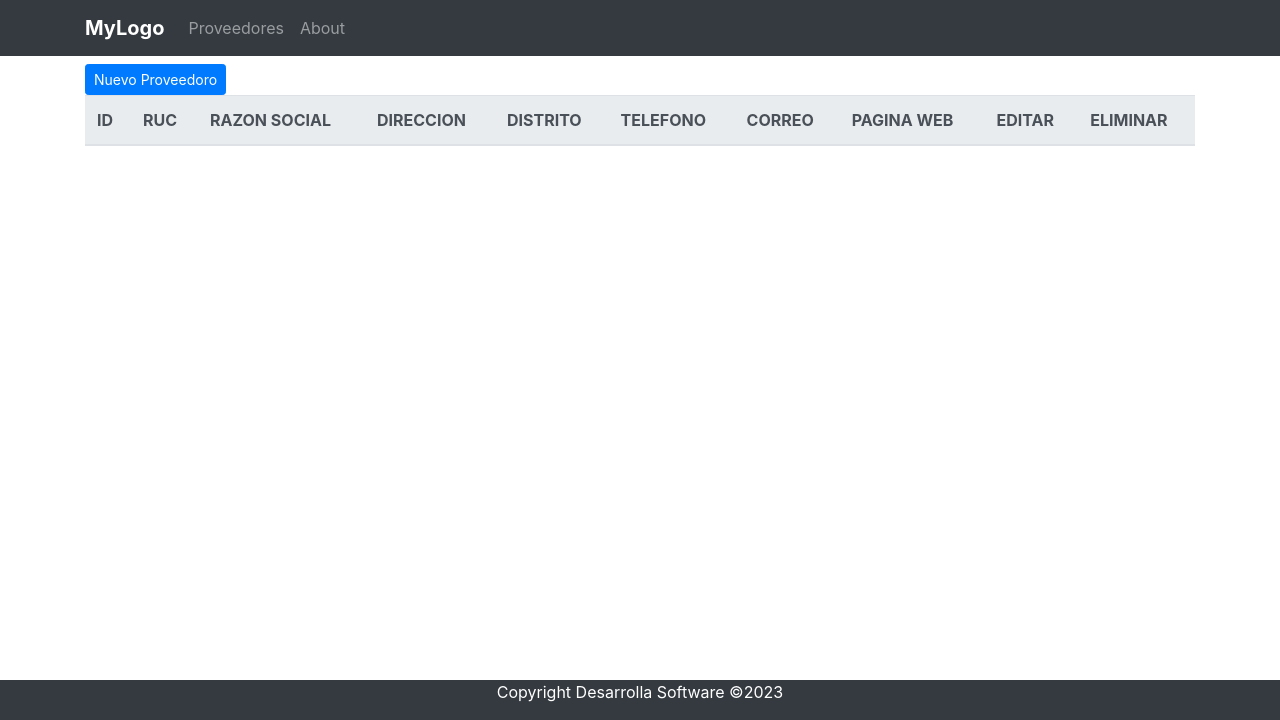
Repository: jeanyantas/proyecto-final-spring
Page: http://localhost/listado
The author's editor kept a copy of each file at every save. The page is drawn from the files as they stood at one save, then again after the next save.
The browser window is 1280 px wide. The pictures show the whole page.
The page is this project's Thymeleaf template; nobody is signed in. The template is opened directly, without the code that normally fills it, so the values that code supplies are empty.

Above is the page before, as saved 2023-01-15 18:55:46.

After the next save:
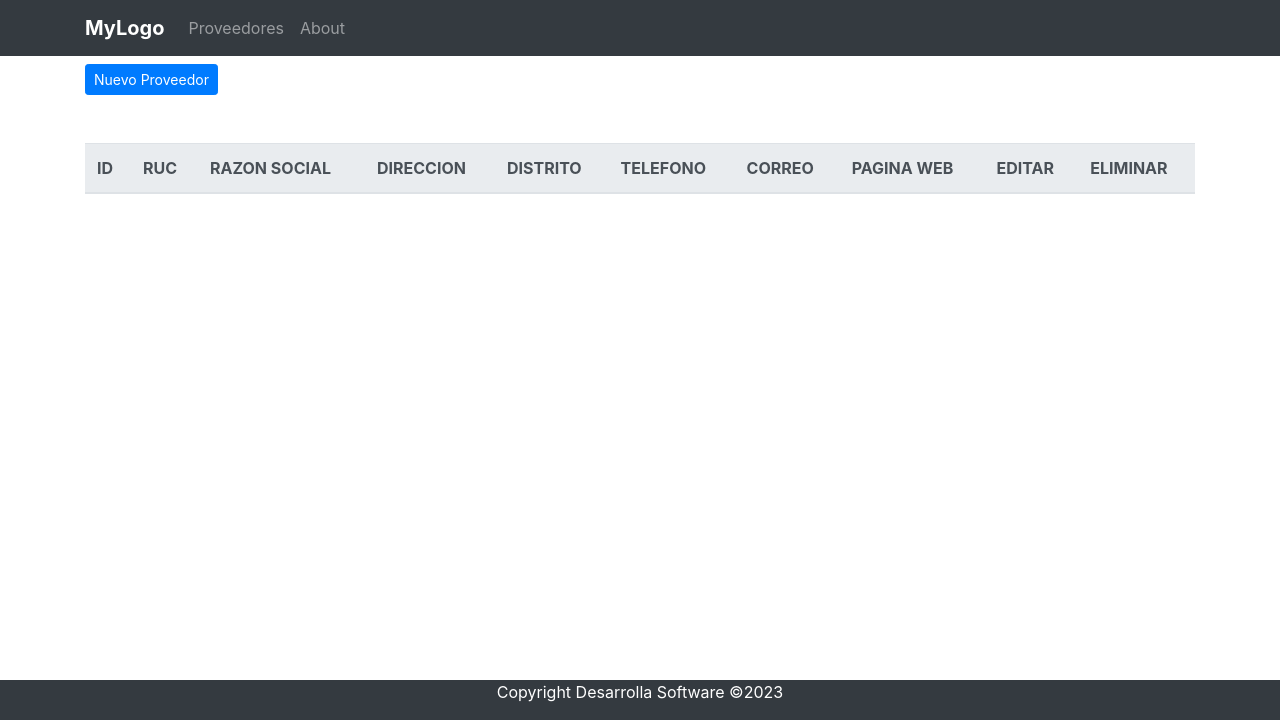
Saved 28 s later.
--- a/moduloProveedor/src/main/resources/templates/listado.html
+++ b/moduloProveedor/src/main/resources/templates/listado.html
@@ -5,7 +5,9 @@
 		<header th:replace="plantilla/plantilla :: header"></header>
 		<div class="container">
 			<h1 th:text="${titulo}"></h1>
-			<a class="btn btn-primary btn-sm" th:href="@{/crear}" th:text="'Nuevo Proveedoro'"></a>
+			<a class="btn btn-primary btn-sm" th:href="@{/crear}" th:text="'Nuevo Proveedor'"></a>
+			<br>
+			<br>
 			<br>
 			<table class="table">
 				<thead class="thead-light">
